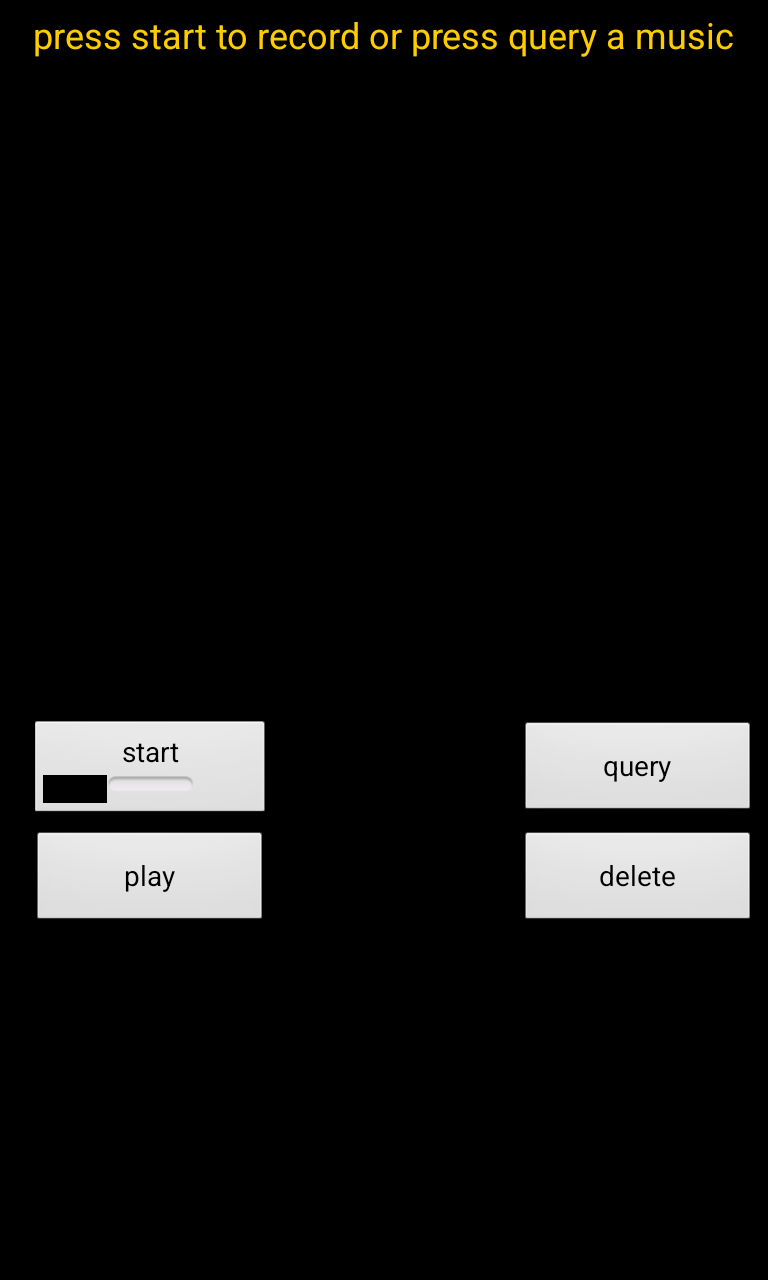
Repository: FreyrChen/tucan_Linux_practice
Layout: 4_Android_program/MusicIdentify/res/layout/activity_main.xml
These files come from the project's save history. The layout is drawn as it stood at one moment and after the next save; the edit follows.
It is drawn on a 768 x 1280 px phone screen (xhdpi) without system bars, with theme AppTheme; the app's code is not run.

Above is the layout before, as saved 2013-05-30 09:05:54.

After the next save:
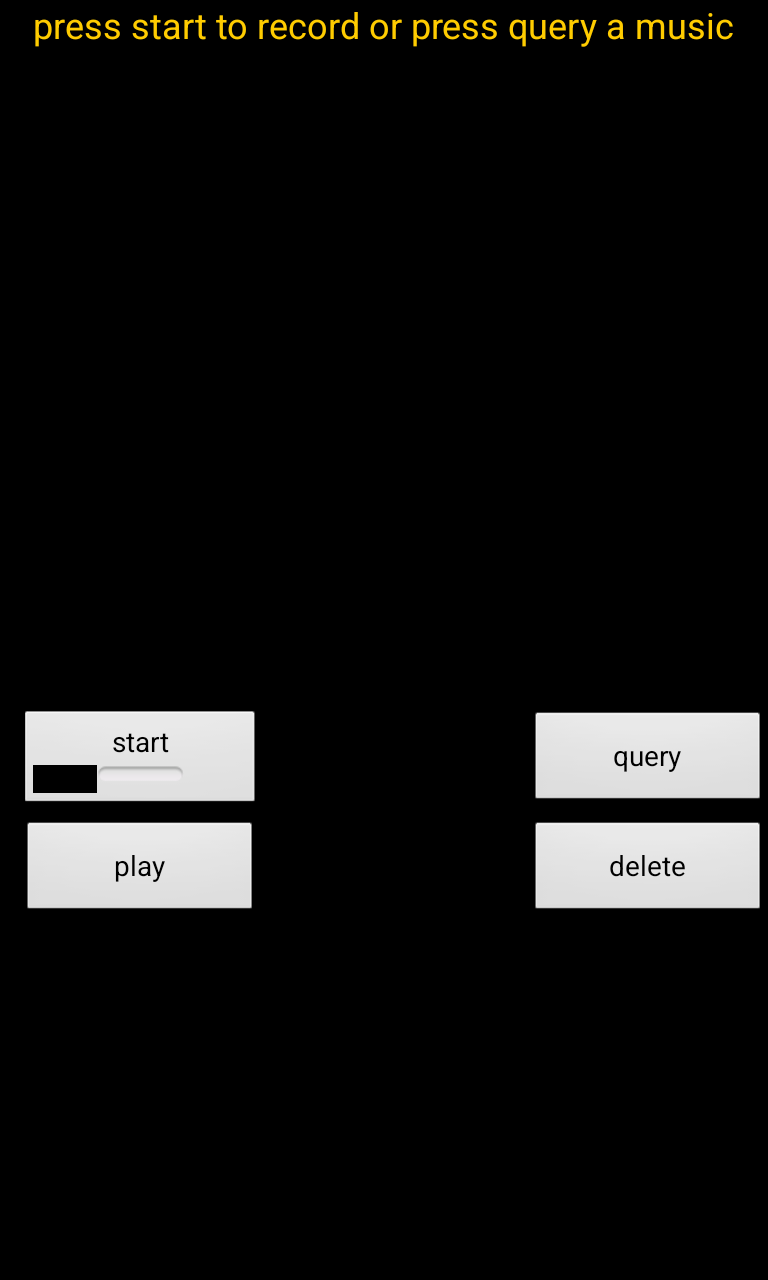
Saved 42 s later.
--- a/4_Android_program/MusicIdentify/res/layout/activity_main.xml
+++ b/4_Android_program/MusicIdentify/res/layout/activity_main.xml
@@ -2,7 +2,6 @@
     xmlns:tools="http://schemas.android.com/tools"
     android:layout_width="match_parent"
     android:layout_height="match_parent"
-    android:padding="10px"
     android:background="#000000"
     tools:context=".MainActivity" >
 
